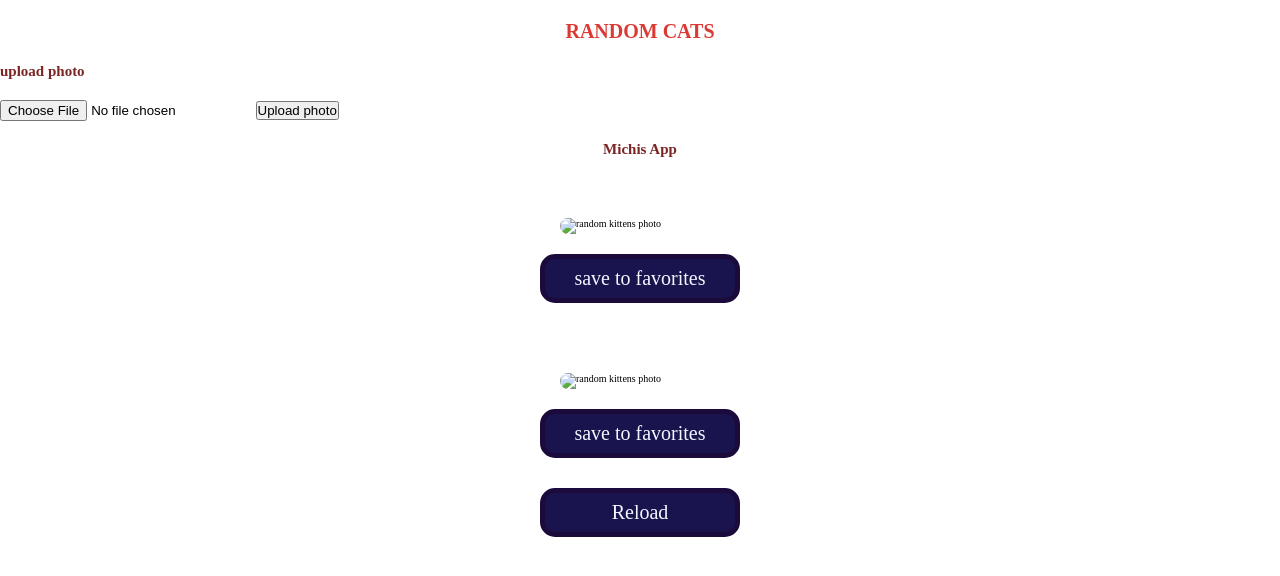
Repository: elto82/ConsumoAPIRESTjs
Page: index.html
These files come from the project's save history. The page is drawn as it stood at one moment and after the next save; the edit follows.
The browser window is 1280 px wide. The pictures show the whole page.
The page's requests for data from a server got no answer.

Above is the page before, as saved 2022-07-04 21:33:00.

After the next save:
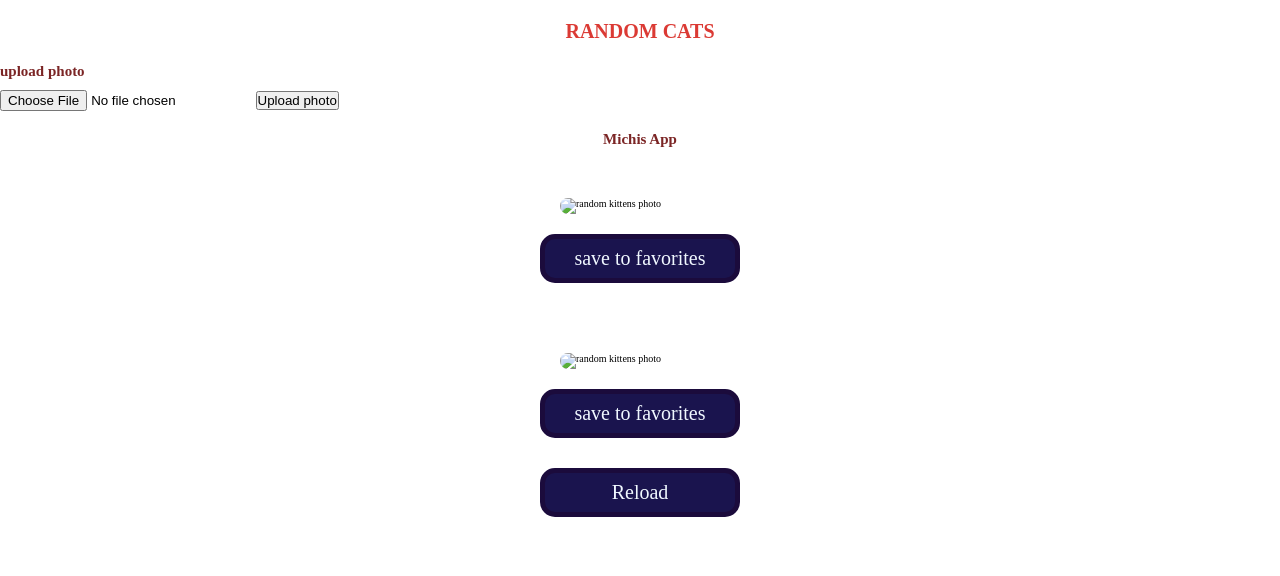
Saved 38 s later.
--- a/style.css
+++ b/style.css
@@ -23,7 +23,7 @@ h1 {
 
 h2 {
   color: #7b2525;
-  margin: 0 0 20px 0;
+  margin: 0 0 1rem 0;
 }
 
 
